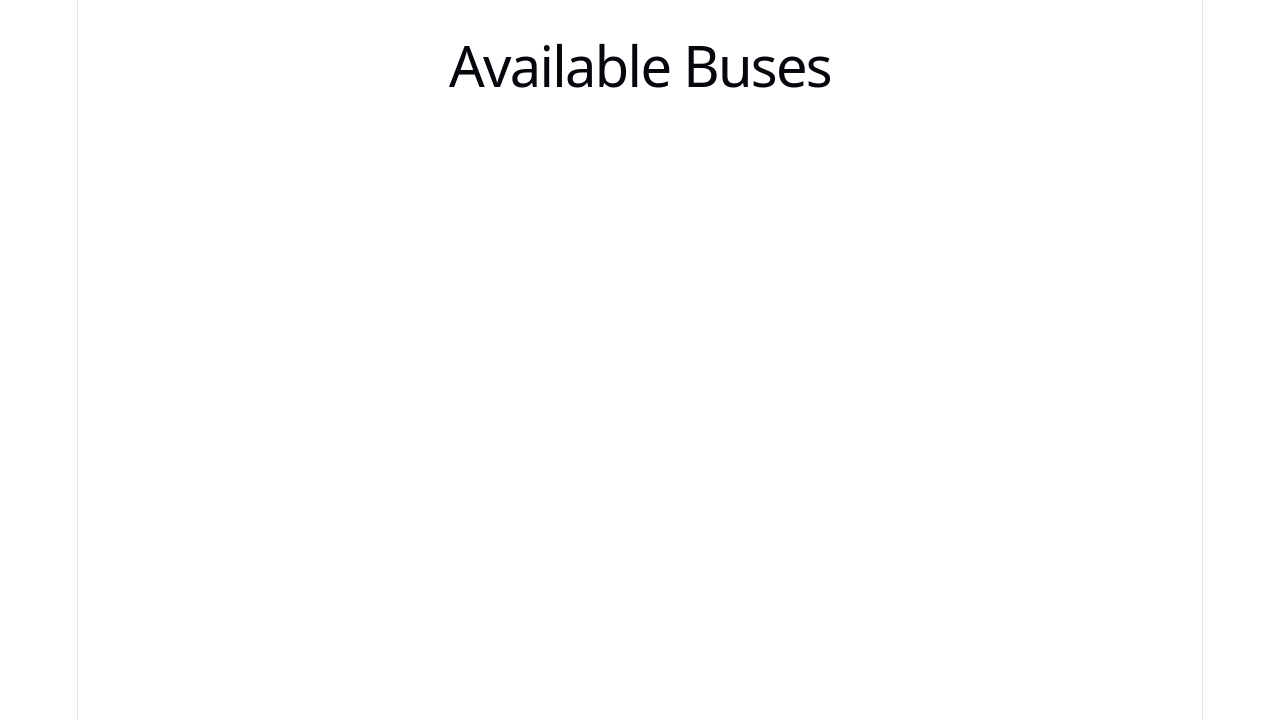
Repository: Eswarabhinay06/Bus-Reservation-System
Page: / (app in AIML-09-Bus-Reservation-System-main/bus-reservation-frontend/)
These files come from the project's save history. The page is drawn as it stood at one moment and after the next save; the edit follows.
The browser window is 1280 px wide. The pictures show the whole page.
The page's requests for data from a server got no answer. The project was rebuilt for these pictures with package versions that can differ from the ones it lists, and the page was loaded fresh each time. No one was signed in, and anything a server would have sent is missing. Also part of the build but not shown: AIML-09-Bus-Reservation-System-main/bus-reservation-frontend/vite.config.js. Imported but missing from the stored project, and not drawn on this page: AIML-09-Bus-Reservation-System-main/bus-reservation-frontend/src/pages/Login, AIML-09-Bus-Reservation-System-main/bus-reservation-frontend/src/pages/Register.

Above is the page before, as saved 2026-07-13 14:07:07.

After the next save:
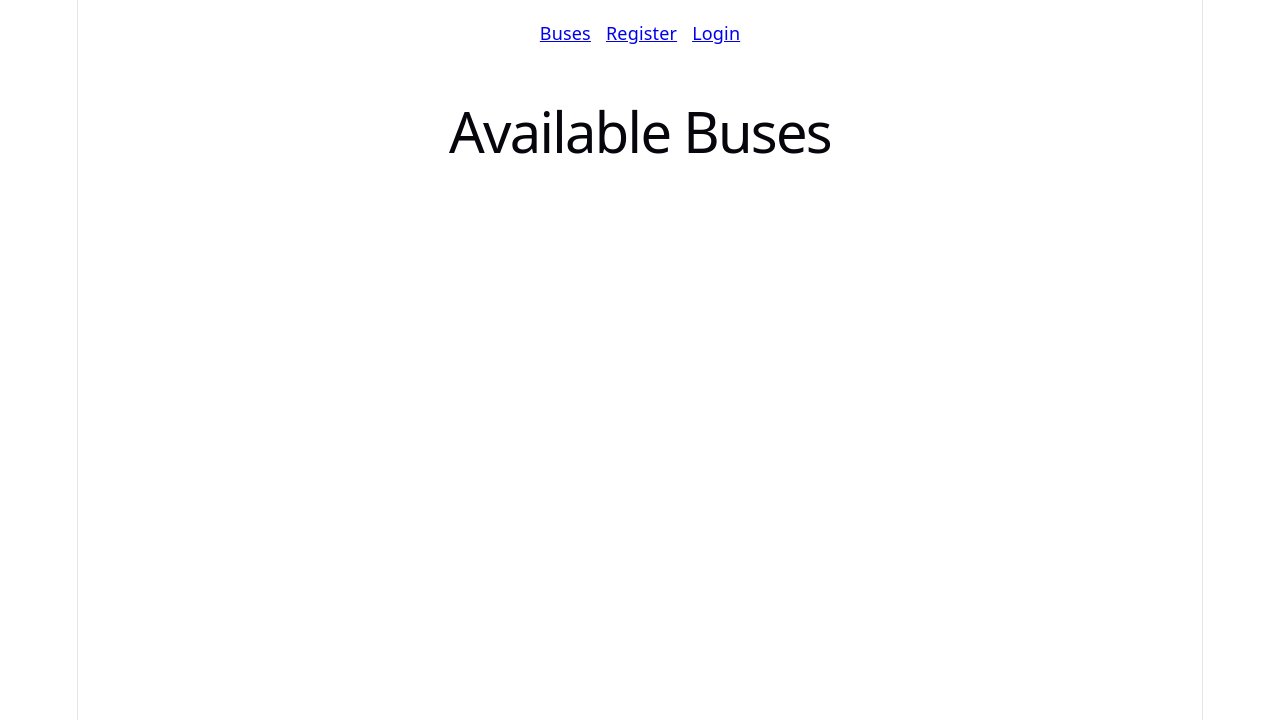
Saved 4 min 52 s later.
--- a/AIML-09-Bus-Reservation-System-main/bus-reservation-frontend/src/App.jsx
+++ b/AIML-09-Bus-Reservation-System-main/bus-reservation-frontend/src/App.jsx
@@ -1,12 +1,24 @@
-import { BrowserRouter, Routes, Route } from "react-router-dom";
+import { BrowserRouter, Routes, Route, Link } from "react-router-dom";
 import SearchBus from "./pages/SearchBus";
+import Register from "./pages/Register";
+import Login from "./pages/Login";
 
 function App() {
   return (
     <BrowserRouter>
-      <Routes>
-        <Route path="/" element={<SearchBus />} />
-      </Routes>
+      <div style={{ padding: "20px" }}>
+        <nav style={{ marginBottom: "20px" }}>
+          <Link to="/" style={{ marginRight: "15px" }}>Buses</Link>
+          <Link to="/register" style={{ marginRight: "15px" }}>Register</Link>
+          <Link to="/login">Login</Link>
+        </nav>
+
+        <Routes>
+          <Route path="/" element={<SearchBus />} />
+          <Route path="/register" element={<Register />} />
+          <Route path="/login" element={<Login />} />
+        </Routes>
+      </div>
     </BrowserRouter>
   );
 }
